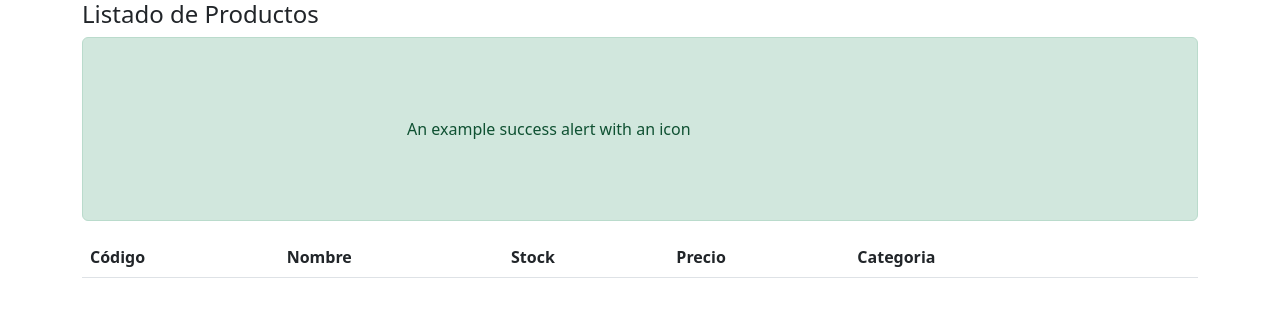
Repository: xJerson/ClaseSpring20-10-2023
Page: http://localhost/listado
These files come from the project's save history. The page is drawn as it stood at one moment and after the next save; the edit follows.
The browser window is 1280 px wide. The pictures show the whole page.
The page is this project's Thymeleaf template; nobody is signed in. The template is opened directly, without the code that normally fills it, so the values that code supplies are empty.

Above is the page before, as saved 2023-10-21 02:40:55.

### dawi_sesion06G2/src/main/resources/templates/listado.html
<!doctype html>
<html lang="es" xmlns:th="https://www.thymeleaf.org">
  <head>
    <meta charset="utf-8">
    <meta name="viewport" content="width=device-width, initial-scale=1">
    <title>Bootstrap demo</title>
    <link href="https://cdn.jsdelivr.net/npm/bootstrap@5.2.3/dist/css/bootstrap.min.css" rel="stylesheet" integrity="sha384-rbsA2VBKQhggwzxH7pPCaAqO46MgnOM80zW1RWuH61DGLwZJEdK2Kadq2F9CUG65" crossorigin="anonymous">
  </head>
  <body>
    <div class="container">
    	<h4>Listado de Productos</h4>

 <div class="alert alert-success d-flex align-items-center" role="alert">
  <svg class="bi flex-shrink-0 me-2" role="img" aria-label="Success:"><use xlink:href="#check-circle-fill"/></svg>
  <div>
    An example success alert with an icon
  </div>
</div>


    	<table class="table table-hover" id="myTable">
    		<thead>
    			<tr>
    				<th scope="col">Código</th>
    				<th scope="col">Nombre</th>
    				<th scope="col">Stock</th>
    				<th scope="col">Precio</th>
    				<th scope="col">Categoria</th>
    				<th></th>
    				<th></th>
    			</tr>
    		</thead>
    		<tbody>
    			<tr th:each="p : ${lstProductos}">
    				<td th:text="${p.codigo}"></td>
    				<td th:text="${p.descripcion}"></td>
    				<td th:text="${p.stock}"></td>
    				<td th:text="${p.precio}"></td>
    				<td th:text="${p.categoria.descripcion}"></td>
    				<td>
						<a class="btn btn-warning" th:href="@{'/editar/' + ${p.codigo}}" role="button">Editar</a>
    				</td>
    				<td>
						<button type="button" class="btn btn-danger deletebtn">Eliminar</button>
					</td>
    			</tr>
    		</tbody>
    	</table>


    </div>

    	<div class="modal fade" id="eliminarModal" tabindex="-1" aria-labelledby="eliminarModalLabel" aria-hidden="true">
	  <div class="modal-dialog">
	    <div class="modal-content">
	      <div class="modal-header">
	        <h5 class="modal-title" id="editarModalLabel">Eliminar producto</h5>
	        <button type="button" class="btn-close" data-bs-dismiss="modal" aria-label="Close"></button>
	      </div>
	      	<form th:action="@{/eliminar}" method="post">
		      <div class="modal-body">
				 <input type="hidden" name="codigo" id="codigo">
				  <span id="nombreProducto"></span>
		      </div>
		      <div class="modal-footer">
		          <button type="button" class="btn btn-secondary" data-bs-dismiss="modal"> Cancelar </button>
		          <button type="submit" name="deletedata" class="btn btn-primary">Sí, eliminar</button>
		      </div>
		     </form>
	    </div>
		</div>
	</div>

	<script src="https://cdn.jsdelivr.net/npm/bootstrap@5.2.3/dist/js/bootstrap.bundle.min.js" integrity="sha384-kenU1KFdBIe4zVF0s0G1M5b4hcpxyD9F7jL+jjXkk+Q2h455rYXK/7HAuoJl+0I4" crossorigin="anonymous"></script>
 	<script src="https://code.jquery.com/jquery-3.7.1.min.js" integrity="sha256-/JqT3SQfawRcv/BIHPThkBvs0OEvtFFmqPF/lYI/Cxo=" crossorigin="anonymous"></script>

 	<script>

		 $(document).ready(function(){
			$('.deletebtn').on('click',function(){
				$('#eliminarModal').modal('show');
				$tr=$(this).closest('tr');
				var data=$tr.children("td").map(function(){
					return $(this).text();
				}).get();
				console.log(data);
				$('#codigo').val(data[0]);
				$('#nombreProducto').text('Estas seguro de eliminar el producto : '+data[1]+"?");

			})
		 });

	 </script>
  </body>
</html>

After the next save:
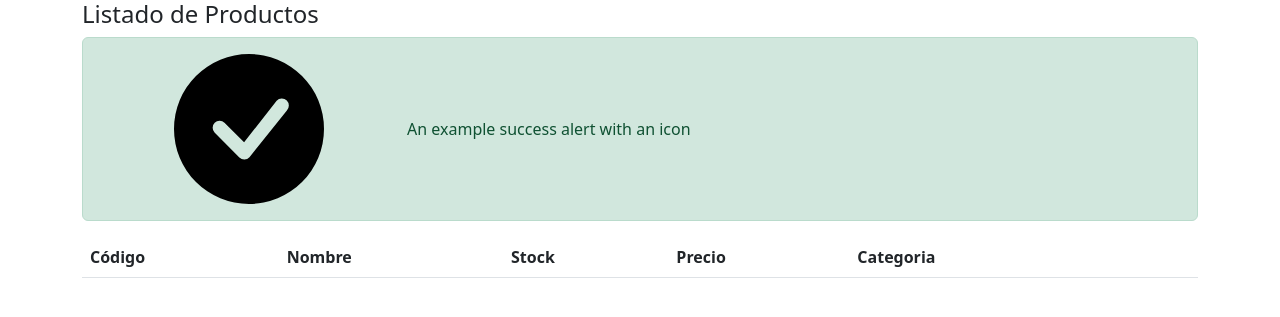
Saved 24 s later.
--- a/dawi_sesion06G2/src/main/resources/templates/listado.html
+++ b/dawi_sesion06G2/src/main/resources/templates/listado.html
@@ -9,6 +9,18 @@
   <body>
     <div class="container">
     	<h4>Listado de Productos</h4>
+
+ <svg xmlns="http://www.w3.org/2000/svg" class="d-none">
+  <symbol id="check-circle-fill" viewBox="0 0 16 16">
+    <path d="M16 8A8 8 0 1 1 0 8a8 8 0 0 1 16 0zm-3.97-3.03a.75.75 0 0 0-1.08.022L7.477 9.417 5.384 7.323a.75.75 0 0 0-1.06 1.06L6.97 11.03a.75.75 0 0 0 1.079-.02l3.992-4.99a.75.75 0 0 0-.01-1.05z"/>
+  </symbol>
+  <symbol id="info-fill" viewBox="0 0 16 16">
+    <path d="M8 16A8 8 0 1 0 8 0a8 8 0 0 0 0 16zm.93-9.412-1 4.705c-.07.34.029.533.304.533.194 0 .487-.07.686-.246l-.088.416c-.287.346-.92.598-1.465.598-.703 0-1.002-.422-.808-1.319l.738-3.468c.064-.293.006-.399-.287-.47l-.451-.081.082-.381 2.29-.287zM8 5.5a1 1 0 1 1 0-2 1 1 0 0 1 0 2z"/>
+  </symbol>
+  <symbol id="exclamation-triangle-fill" viewBox="0 0 16 16">
+    <path d="M8.982 1.566a1.13 1.13 0 0 0-1.96 0L.165 13.233c-.457.778.091 1.767.98 1.767h13.713c.889 0 1.438-.99.98-1.767L8.982 1.566zM8 5c.535 0 .954.462.9.995l-.35 3.507a.552.552 0 0 1-1.1 0L7.1 5.995A.905.905 0 0 1 8 5zm.002 6a1 1 0 1 1 0 2 1 1 0 0 1 0-2z"/>
+  </symbol>
+</svg>
 
  <div class="alert alert-success d-flex align-items-center" role="alert">
   <svg class="bi flex-shrink-0 me-2" role="img" aria-label="Success:"><use xlink:href="#check-circle-fill"/></svg>
